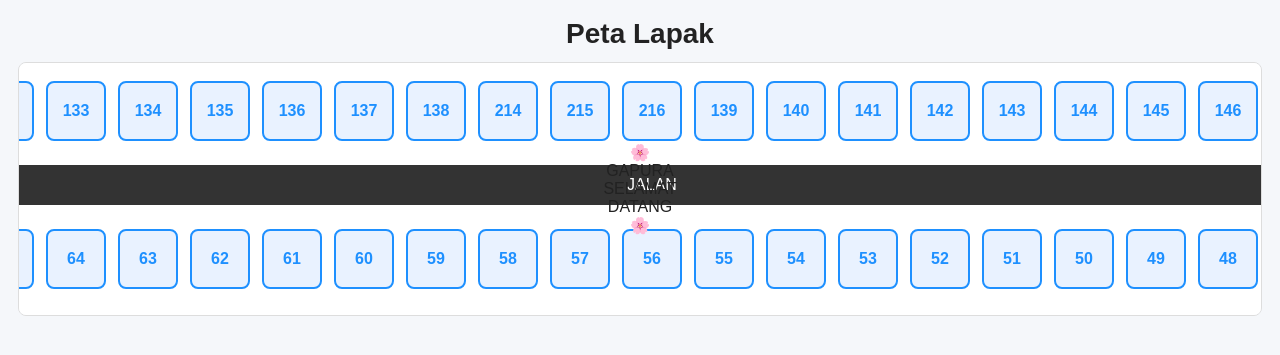
Repository: pasarrakyatbak/denah
Page: index.html
These files come from the project's save history. The page is drawn as it stood at one moment and after the next save; the edit follows.
The browser window is 1280 px wide. The pictures show the whole page.

Above is the page before, as saved 2025-09-19 08:29:35.

### index.html
<!DOCTYPE html>
<html lang="id">

<head>
    <meta charset="utf-8" />
    <meta name="viewport" content="width=device-width,initial-scale=1" />
    <title>Peta Lapak</title>
    <link rel="stylesheet" href="style.css" />
</head>

<body>
    <h1>Peta Lapak</h1>

    <div class="scroll-container">
        <div class="h-inner">
            <!-- Baris atas: sisi kanan -->
            <div class="row top" id="right-side"></div>

            <!-- Jalan horizontal -->
            <div class="road" id="road">JALAN</div>

            <!-- Baris bawah: sisi kiri -->
            <div class="row bottom" id="left-side"></div>
        </div>
    </div>

    <script src="script.js"></script>
</body>

</html>

### style.css
/* reset */
* {
    box-sizing: border-box;
    margin: 0;
    padding: 0;
}

body {
    font-family: Arial, Helvetica, sans-serif;
    background: #f5f7fa;
    color: #222;
    padding: 18px;
    text-align: center;
}

/* judul */
h1 {
    margin-bottom: 12px;
    font-size: 28px;
}

/* kontainer scroll HORIZONTAL */
.scroll-container {
    position: relative;
    width: 100%;
    overflow-x: auto;
    /* horizontal scroll */
    overflow-y: hidden;
    border: 1px solid #ddd;
    background: #fff;
    border-radius: 8px;
    padding: 12px;
}

/* inner yang lebarnya disesuaikan (min-width: max-content supaya tidak ter-compress) */
.h-inner {
    display: flex;
    flex-direction: column;
    /* top row, road, bottom row */
    gap: 18px;
    align-items: flex-start;
    /* agar row tidak ter-stretch */
    min-width: max-content;
    /* sangat penting supaya horizontal scroll bekerja penuh */
    padding-bottom: 8px;
}

/* baris lapak (atas & bawah) */
.row {
    display: flex;
    gap: 12px;
    align-items: center;
    min-width: max-content;
    /* pastikan tidak dipotong */
    padding: 6px 0;
}

/* tampilan kotak lapak */
.lapak {
    width: 60px;
    height: 60px;
    border-radius: 8px;
    background: #e9f2ff;
    border: 2px solid #1e90ff;
    color: #1e90ff;
    font-weight: 700;
    display: flex;
    align-items: center;
    justify-content: center;
    user-select: none;
}

/* jalan horizontal (akan di-set lebarnya lewat JS supaya sejajar dengan row terpanjang) */
.road {
    height: 40px;
    background: #333;
    color: #fff;
    display: flex;
    align-items: center;
    justify-content: center;
    border-radius: 8px;
    padding: 0 10px;
    min-width: max-content;
}

/* gerbang (kotak orange) */
.jalan-gerbang {
    width: 120px;
    height: 40px;
    background: #ff8c1a;
    color: white;
    display: flex;
    align-items: center;
    justify-content: center;
    border-radius: 8px;
    font-weight: 700;
    margin-left: 6px;
    margin-right: 6px;
}

/* responsive: ukuran kotak lapak kecil di layar sempit */
@media (max-width: 900px) {
    .lapak {
        width: 50px;
        height: 50px;
    }

    .jalan-gerbang {
        width: 100px;
        height: 36px;
    }
}

@media (max-width: 480px) {
    .lapak {
        width: 40px;
        height: 40px;
        font-size: 12px;
    }

    .jalan-gerbang {
        background: #ffcc00;
        padding: 6px 12px;
        border-radius: 6px;
        font-weight: bold;
        text-align: center;
        margin: 0 4px;
    }

    .gapura {
        position: absolute;
        display: flex;
        align-items: flex-end;
        justify-content: center;
        top: 50%;
        /* vertikal di tengah jalan */
        left: 50%;
        /* horizontal di tengah jalan */
        transform: translate(-50%, -50%);
        height: 120px;
        /* tinggi total gapura */
        z-index: 10;
    }

    /* Tiang kiri dan kanan */
    .gapura .tiang {
        width: 25px;
        height: 100%;
        background: #8B4513;
        border-radius: 4px;
        box-shadow: inset 0 0 5px #5a2e0b;
    }

    .gapura .tiang.kiri {
        margin-right: 10px;
    }

    .gapura .tiang.kanan {
        margin-left: 10px;
    }

    /* Atap melengkung */
    .gapura .atap {
        position: relative;
        background: #FFCC00;
        border-radius: 50% 50% 0 0;
        /* lengkung atap */
        padding: 10px 40px;
        display: flex;
        flex-direction: column;
        align-items: center;
        box-shadow: 0 3px 5px rgba(0, 0, 0, 0.2);
    }

    /* Dekorasi atap (opsional) */
    .gapura .dekor-atas {
        width: 100%;
        height: 10px;
        background: #FFB800;
        border-radius: 50%;
        margin-bottom: 5px;
    }

    /* Teks di atap */
    .gapura .teks {
        font-weight: bold;
        font-size: 16px;
        text-align: center;
        color: #333;
    }

    /* Responsive: kecilkan gapura di layar sempit */
    @media (max-width: 768px) {
        .gapura {
            height: 80px;
        }

        .gapura .atap {
            padding: 5px 20px;
        }

        .gapura .tiang {
            width: 15px;
        }

        .gapura .teks {
            font-size: 12px;
        }
    }


}

### script.js
// === data nomor (sudah Anda berikan) ===
const leftNumbers = [
    1, 2, 3, 4, 5, 6, 7, 8, 9, 10, 11,
    15, 16, 17, 18, 19, 20, 21, 22, 23, 24, 25, 26, 27, 28, 29, 30,
    31, 32, 33, 34, 35, 36, 37, 38, 39, 40, 41, 42, 43, 44, 45, 46, 47, 48, 49, 50,
    51, 52, 53, 54, 55, 56, 57, 58, 59, 60, 61, 62, 63, 64, 65, 66, 67, 68, 69, 70,
    71, 72, 73, 74, 75, 76, 77, 78, 79, 80, 81, 82, 83, 84, 85, 86, 87, 88, 89, 90,
    91, 92, 93, 94, 95, 96, 97, 98, 99, 100, 101, 102, 103, 104,
    186, 187, 188, 189, 190, 191, 192, 193
];

const rightNumbers = [
    194, 195, 196, 197, 198, 199, 200, 201, 202, 203, 204, 205, 206, 207, 208, 209, 210, 211, 212, 213,
    105, 106, 107, 108, 109, 110, 111, 112, 113, 114, 115, 116, 117, 118, 119, 120, 121, 122, 123, 124,
    125, 126, 127, 128, 129, 130, 131, 132, 133, 134, 135, 136, 137, 138,
    214, 215, 216,
    139, 140, 141, 142, 143, 144, 145, 146, 147, 148, 149, 150, 151, 152, 153, 154, 155, 156, 157, 158, 159, 160,
    161, 162, 163, 164, 165, 166, 167, 168, 169, 170, 171, 172, 173, 174, 175, 176, 177, 178, 179, 180,
    181, 182, 183, 184, 185
];

// elemen
const rightSide = document.getElementById('right-side');
const leftSide = document.getElementById('left-side');
const road = document.getElementById('road');
const hInner = document.querySelector('.h-inner');
const scrollContainer = document.querySelector('.scroll-container');

// fungsi buat kotak lapak
function makeLapak(num) {
    const d = document.createElement('div');
    d.className = 'lapak';
    d.textContent = num;
    return d;
}

// Render kanan (urutan asli)
rightNumbers.forEach(n => rightSide.appendChild(makeLapak(n)));

// Render kiri (dibalik)
leftNumbers.slice().reverse().forEach(n => leftSide.appendChild(makeLapak(n)));

// Sisipkan "Gerbang Sekolah" di sisi kiri
function insertGerbangBetween(parent, a, b, label = 'Gerbang Sekolah') {
    const children = Array.from(parent.children);
    const idxA = children.findIndex(c => c.textContent == String(a));
    const idxB = children.findIndex(c => c.textContent == String(b));
    if (idxA === -1 || idxB === -1) return;
    const insertAfterIndex = Math.min(idxA, idxB);
    const refNode = parent.children[insertAfterIndex + 1] || null;
    const g = document.createElement('div');
    g.className = 'jalan-gerbang';
    g.textContent = label;
    parent.insertBefore(g, refNode);
}

// Contoh gerbang sekolah tetap dipertahankan
insertGerbangBetween(leftSide, 2, 3, 'Gerbang Sekolah');
insertGerbangBetween(leftSide, 11, 15, 'Gerbang Sekolah');

// Tambahkan "Gapura Selamat Datang" di tengah jalan
const gapura = document.createElement('div');
gapura.className = 'gapura';
gapura.textContent = '🌸 GAPURA SELAMAT DATANG 🌸';
scrollContainer.appendChild(gapura);

// Posisi gapura di tengah jalan
function adjustGapura() {
    const wTop = rightSide.scrollWidth;
    const wBottom = leftSide.scrollWidth;
    const maxW = Math.max(wTop, wBottom);

    hInner.style.minWidth = (maxW + 40) + 'px';
    road.style.width = maxW + 'px';

    // Posisi horizontal gapura
    gapura.style.position = 'absolute';
    gapura.style.top = '50%'; // atau sesuai tinggi jalan
    gapura.style.left = `${maxW / 2}px`;
    gapura.style.transform = 'translate(-50%, -50%)';

    // Scroll ke tengah
    const containerW = scrollContainer.clientWidth;
    scrollContainer.scrollLeft = Math.max(0, (maxW - containerW) / 2);
}

adjustGapura();
window.addEventListener('resize', () => {
    clearTimeout(window._adjustTimeout);
    window._adjustTimeout = setTimeout(adjustGapura, 120);
});

After the next save:
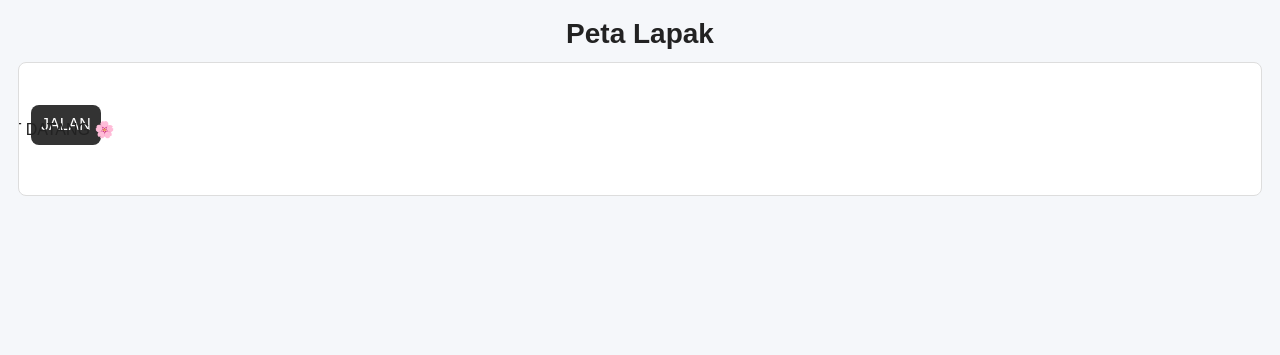
Saved 50 s later.
--- a/script.js
+++ b/script.js
@@ -1,23 +1,6 @@
-// === data nomor (sudah Anda berikan) ===
-const leftNumbers = [
-    1, 2, 3, 4, 5, 6, 7, 8, 9, 10, 11,
-    15, 16, 17, 18, 19, 20, 21, 22, 23, 24, 25, 26, 27, 28, 29, 30,
-    31, 32, 33, 34, 35, 36, 37, 38, 39, 40, 41, 42, 43, 44, 45, 46, 47, 48, 49, 50,
-    51, 52, 53, 54, 55, 56, 57, 58, 59, 60, 61, 62, 63, 64, 65, 66, 67, 68, 69, 70,
-    71, 72, 73, 74, 75, 76, 77, 78, 79, 80, 81, 82, 83, 84, 85, 86, 87, 88, 89, 90,
-    91, 92, 93, 94, 95, 96, 97, 98, 99, 100, 101, 102, 103, 104,
-    186, 187, 188, 189, 190, 191, 192, 193
-];
-
-const rightNumbers = [
-    194, 195, 196, 197, 198, 199, 200, 201, 202, 203, 204, 205, 206, 207, 208, 209, 210, 211, 212, 213,
-    105, 106, 107, 108, 109, 110, 111, 112, 113, 114, 115, 116, 117, 118, 119, 120, 121, 122, 123, 124,
-    125, 126, 127, 128, 129, 130, 131, 132, 133, 134, 135, 136, 137, 138,
-    214, 215, 216,
-    139, 140, 141, 142, 143, 144, 145, 146, 147, 148, 149, 150, 151, 152, 153, 154, 155, 156, 157, 158, 159, 160,
-    161, 162, 163, 164, 165, 166, 167, 168, 169, 170, 171, 172, 173, 174, 175, 176, 177, 178, 179, 180,
-    181, 182, 183, 184, 185
-];
+// === data nomor ===
+const leftNumbers = [ /* data sama */];
+const rightNumbers = [ /* data sama */];
 
 // elemen
 const rightSide = document.getElementById('right-side');
@@ -54,14 +37,21 @@ function insertGerbangBetween(parent, a, b, label = 'Gerbang Sekolah') {
     parent.insertBefore(g, refNode);
 }
 
-// Contoh gerbang sekolah tetap dipertahankan
+// Gerbang Sekolah tetap dipertahankan
 insertGerbangBetween(leftSide, 2, 3, 'Gerbang Sekolah');
 insertGerbangBetween(leftSide, 11, 15, 'Gerbang Sekolah');
 
-// Tambahkan "Gapura Selamat Datang" di tengah jalan
+// === Buat gapura realistis ===
 const gapura = document.createElement('div');
 gapura.className = 'gapura';
-gapura.textContent = '🌸 GAPURA SELAMAT DATANG 🌸';
+gapura.innerHTML = `
+  <div class="tiang kiri"></div>
+  <div class="atap">
+    <div class="dekor-atas"></div>
+    <div class="teks">🌸 SELAMAT DATANG 🌸</div>
+  </div>
+  <div class="tiang kanan"></div>
+`;
 scrollContainer.appendChild(gapura);
 
 // Posisi gapura di tengah jalan
@@ -75,11 +65,11 @@ function adjustGapura() {
 
     // Posisi horizontal gapura
     gapura.style.position = 'absolute';
-    gapura.style.top = '50%'; // atau sesuai tinggi jalan
+    gapura.style.top = '50%'; // vertikal di tengah jalan
     gapura.style.left = `${maxW / 2}px`;
     gapura.style.transform = 'translate(-50%, -50%)';
 
-    // Scroll ke tengah
+    // Scroll ke tengah jalan
     const containerW = scrollContainer.clientWidth;
     scrollContainer.scrollLeft = Math.max(0, (maxW - containerW) / 2);
 }

After the save that followed:
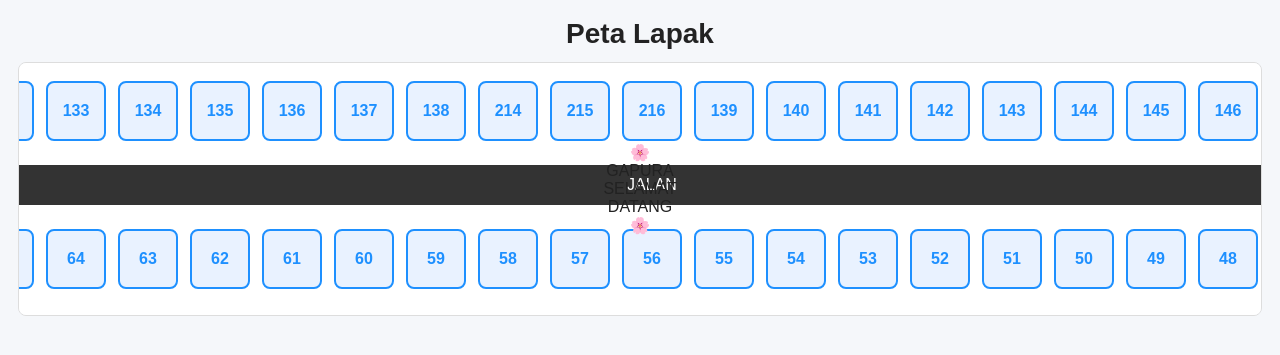
Saved 4 s later.
--- a/script.js
+++ b/script.js
@@ -1,6 +1,23 @@
-// === data nomor ===
-const leftNumbers = [ /* data sama */];
-const rightNumbers = [ /* data sama */];
+// === data nomor (sudah Anda berikan) ===
+const leftNumbers = [
+    1, 2, 3, 4, 5, 6, 7, 8, 9, 10, 11,
+    15, 16, 17, 18, 19, 20, 21, 22, 23, 24, 25, 26, 27, 28, 29, 30,
+    31, 32, 33, 34, 35, 36, 37, 38, 39, 40, 41, 42, 43, 44, 45, 46, 47, 48, 49, 50,
+    51, 52, 53, 54, 55, 56, 57, 58, 59, 60, 61, 62, 63, 64, 65, 66, 67, 68, 69, 70,
+    71, 72, 73, 74, 75, 76, 77, 78, 79, 80, 81, 82, 83, 84, 85, 86, 87, 88, 89, 90,
+    91, 92, 93, 94, 95, 96, 97, 98, 99, 100, 101, 102, 103, 104,
+    186, 187, 188, 189, 190, 191, 192, 193
+];
+
+const rightNumbers = [
+    194, 195, 196, 197, 198, 199, 200, 201, 202, 203, 204, 205, 206, 207, 208, 209, 210, 211, 212, 213,
+    105, 106, 107, 108, 109, 110, 111, 112, 113, 114, 115, 116, 117, 118, 119, 120, 121, 122, 123, 124,
+    125, 126, 127, 128, 129, 130, 131, 132, 133, 134, 135, 136, 137, 138,
+    214, 215, 216,
+    139, 140, 141, 142, 143, 144, 145, 146, 147, 148, 149, 150, 151, 152, 153, 154, 155, 156, 157, 158, 159, 160,
+    161, 162, 163, 164, 165, 166, 167, 168, 169, 170, 171, 172, 173, 174, 175, 176, 177, 178, 179, 180,
+    181, 182, 183, 184, 185
+];
 
 // elemen
 const rightSide = document.getElementById('right-side');
@@ -37,21 +54,14 @@ function insertGerbangBetween(parent, a, b, label = 'Gerbang Sekolah') {
     parent.insertBefore(g, refNode);
 }
 
-// Gerbang Sekolah tetap dipertahankan
+// Contoh gerbang sekolah tetap dipertahankan
 insertGerbangBetween(leftSide, 2, 3, 'Gerbang Sekolah');
 insertGerbangBetween(leftSide, 11, 15, 'Gerbang Sekolah');
 
-// === Buat gapura realistis ===
+// Tambahkan "Gapura Selamat Datang" di tengah jalan
 const gapura = document.createElement('div');
 gapura.className = 'gapura';
-gapura.innerHTML = `
-  <div class="tiang kiri"></div>
-  <div class="atap">
-    <div class="dekor-atas"></div>
-    <div class="teks">🌸 SELAMAT DATANG 🌸</div>
-  </div>
-  <div class="tiang kanan"></div>
-`;
+gapura.textContent = '🌸 GAPURA SELAMAT DATANG 🌸';
 scrollContainer.appendChild(gapura);
 
 // Posisi gapura di tengah jalan
@@ -65,11 +75,11 @@ function adjustGapura() {
 
     // Posisi horizontal gapura
     gapura.style.position = 'absolute';
-    gapura.style.top = '50%'; // vertikal di tengah jalan
+    gapura.style.top = '50%'; // atau sesuai tinggi jalan
     gapura.style.left = `${maxW / 2}px`;
     gapura.style.transform = 'translate(-50%, -50%)';
 
-    // Scroll ke tengah jalan
+    // Scroll ke tengah
     const containerW = scrollContainer.clientWidth;
     scrollContainer.scrollLeft = Math.max(0, (maxW - containerW) / 2);
 }
